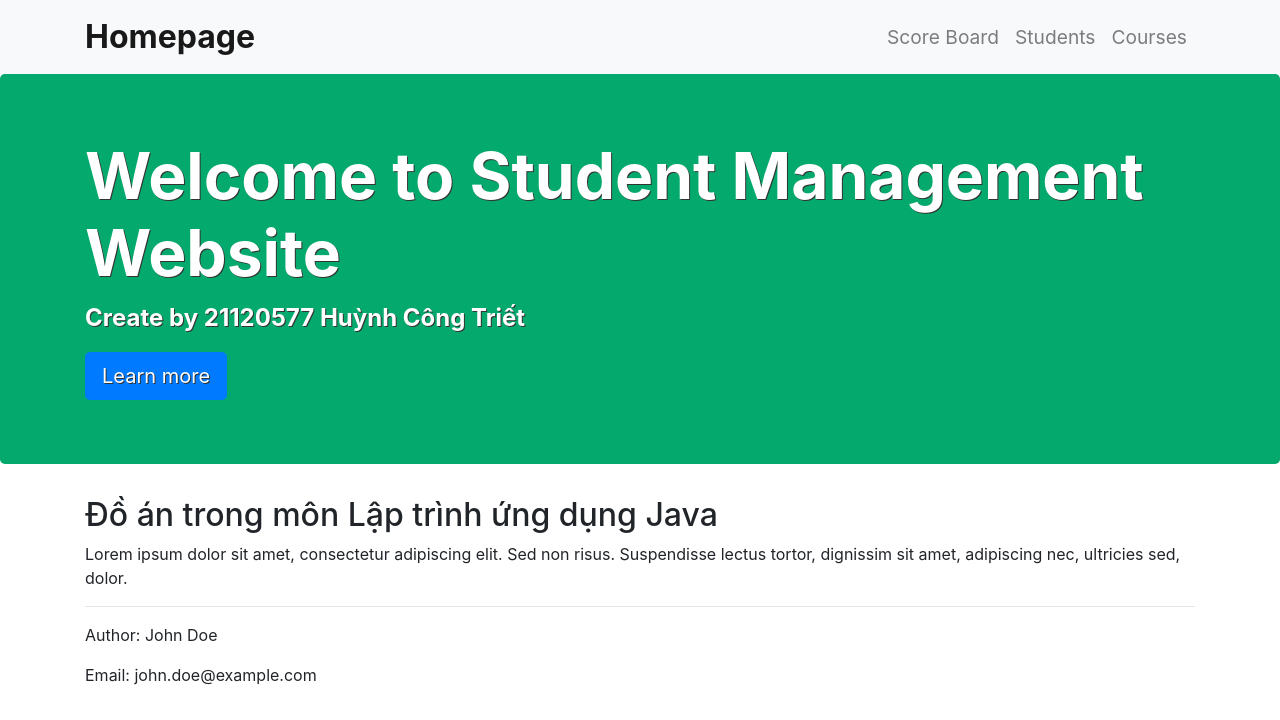
Repository: USTriett/Java-Servlet-JDBC-JSP-
Page: http://localhost/StudentManageServlet/
An editor plug-in stored every save of this project. The page is shown before and after the next save, followed by the edit.
The browser window is 1280 px wide. The pictures show the whole page.
The page is served by Tomcat 9.

Above is the page before, as saved 2023-04-20 18:45:10.

After the next save:
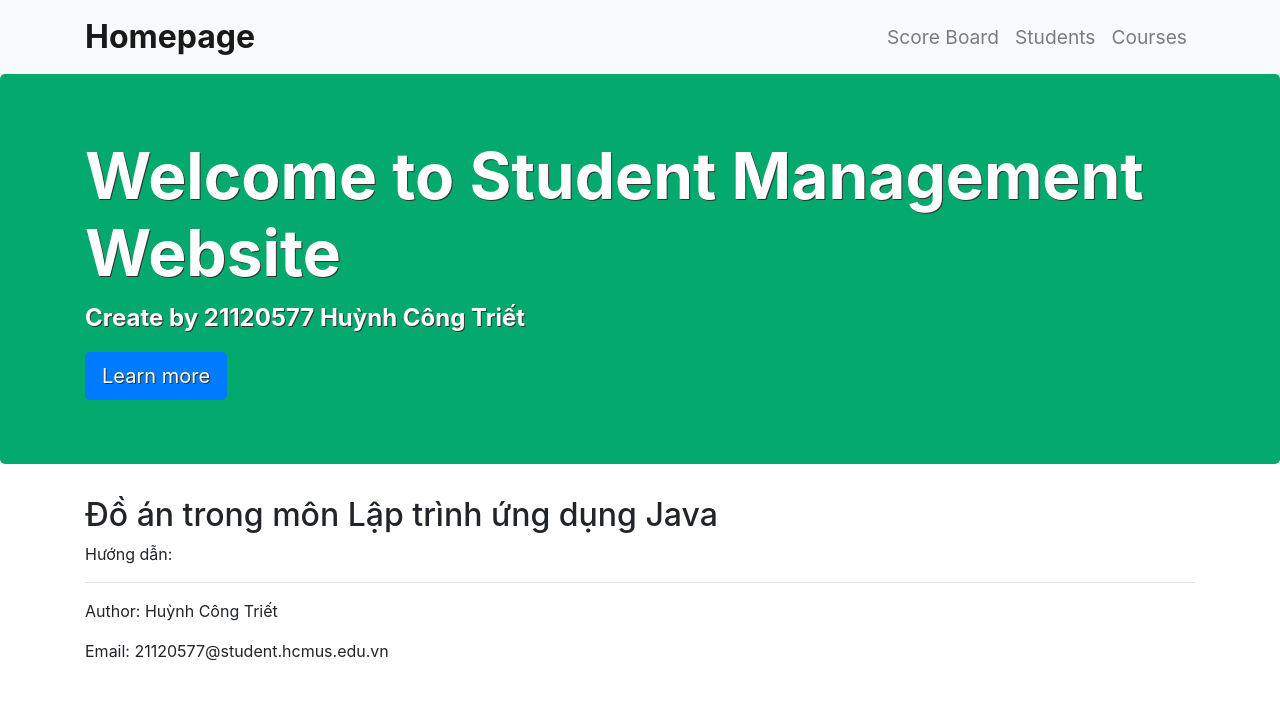
Saved 70 s later.
--- a/StudentManageServlet/src/main/webapp/WebContent/index.jsp
+++ b/StudentManageServlet/src/main/webapp/WebContent/index.jsp
@@ -93,14 +93,14 @@
 <!--Main content -->
 <div class="container">
   <h2>Đồ án trong môn Lập trình ứng dụng Java</h2>
-  <p>Lorem ipsum dolor sit amet, consectetur adipiscing elit. Sed non risus. Suspendisse lectus tortor, dignissim sit amet, adipiscing nec, ultricies sed, dolor.</p>
+  <p>Hướng dẫn: </p>
 </div>
 
 <!-- Author information -->
 <div class="container">
   <hr>
-  <p>Author: John Doe</p>
-  <p>Email: john.doe@example.com</p>
+  <p>Author: Huỳnh Công Triết</p>
+  <p>Email: 21120577@student.hcmus.edu.vn</p>
 </div>
 
 <!--Add Bootstrap 4 JS links -->
